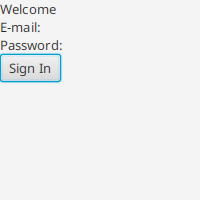
Repository: angelalvess/java-fx
Program's window: java javafx/src/fxml/AppFXML.java
The author's editor kept a copy of each file at every save. The program's window is drawn from the files as they stood at one save, then again after the next save.
It runs on Java 21 on a 1366 x 768 screen with JavaFX 11; the title bar is not drawn.

Above is the program's window before, as saved 2025-02-03 15:05:26.

After the next save:
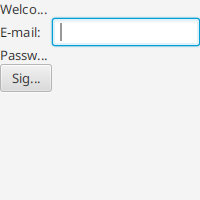
Saved 62 s later.
--- a/javafx/src/fxml/Login.fxml
+++ b/javafx/src/fxml/Login.fxml
@@ -10,6 +10,7 @@
 	 ></Label>
 
 	<Label text="E-mail: "  GridPane.columnIndex="0" GridPane.rowIndex="1" ></Label>
+	<TextField  GridPane.columnIndex="1" GridPane.rowIndex="1"></TextField>
 	<Label text="Password: "  GridPane.columnIndex="0" GridPane.rowIndex="2" ></Label>
 	<Button text="Sign In"  GridPane.columnIndex="0" GridPane.rowIndex="3" ></Button>
 </GridPane>
